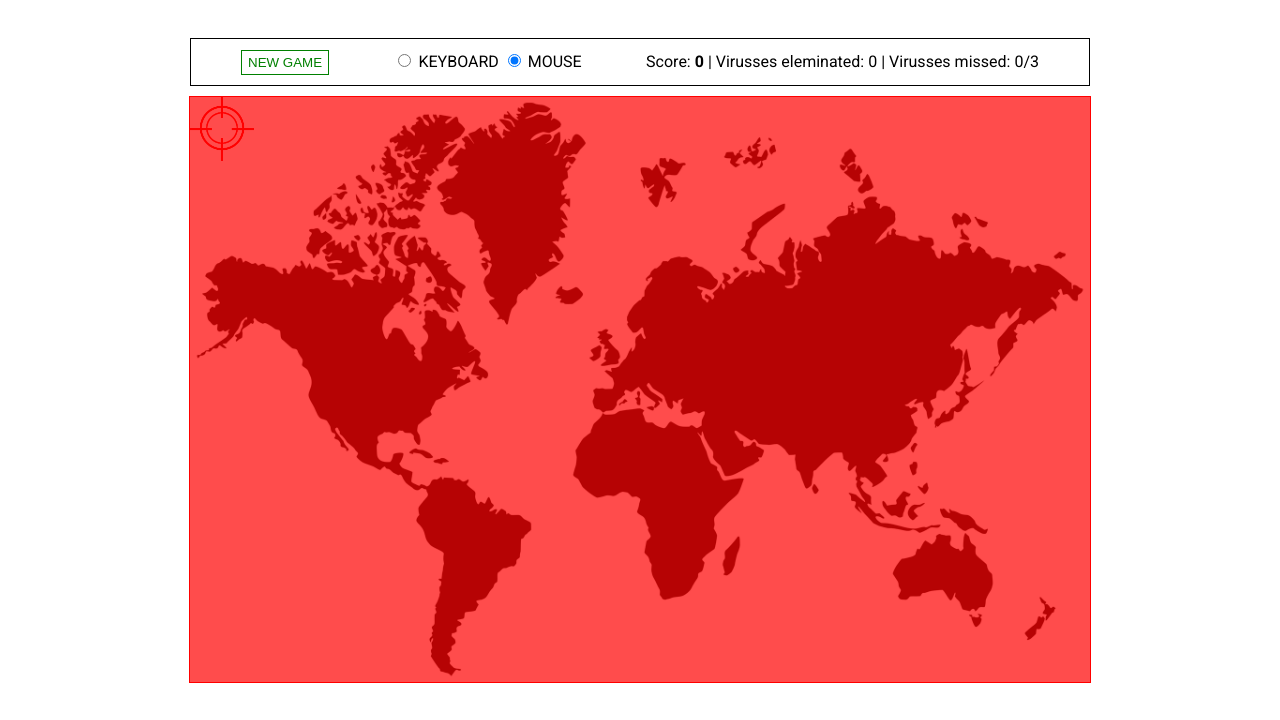
Repository: Baterka/DestroyTheVirus
Page: index.html
These files come from the project's save history. The page is drawn as it stood at one moment and after the next save; the edit follows.
The browser window is 1280 px wide. The pictures show the whole page.

Above is the page before, as saved 2020-03-19 21:43:19.

After the next save:
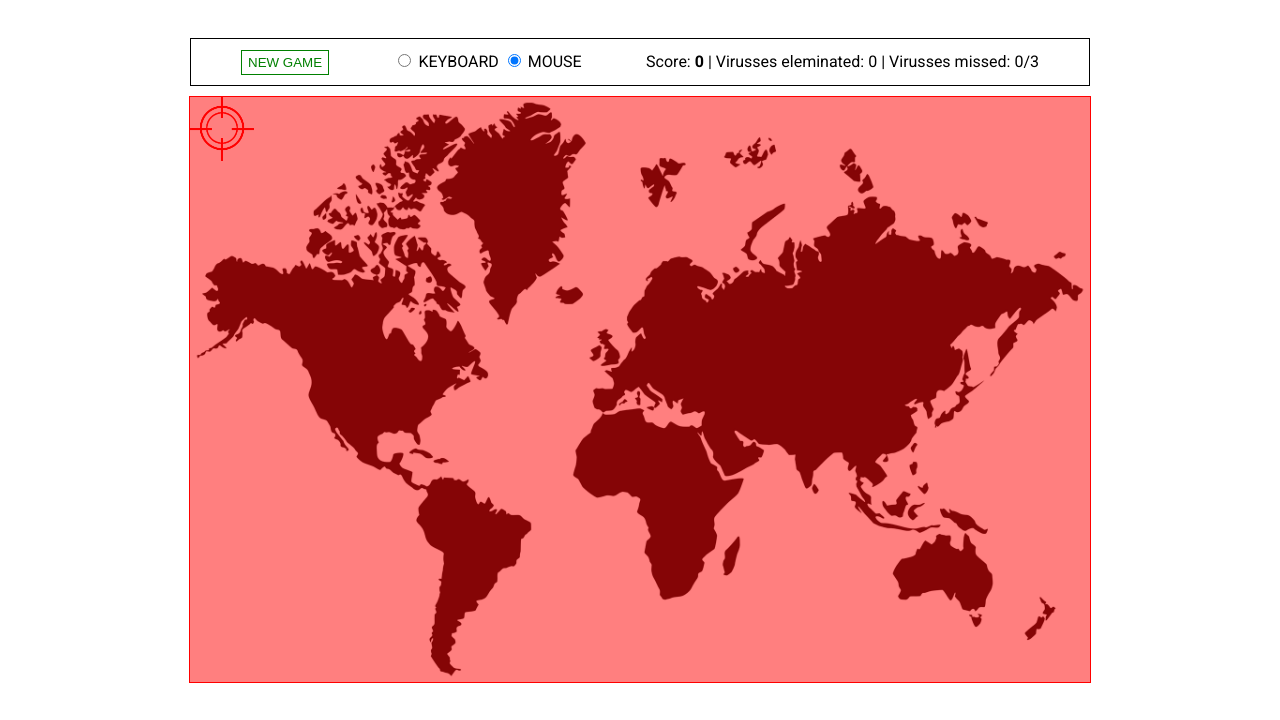
Saved 5 s later.
--- a/style.css
+++ b/style.css
@@ -102,7 +102,7 @@ button {
     z-index: 0;
     width: 100%;
     height: 100%;
-    background-color: rgba(255, 0, 0, 0.7);
+    background-color: rgba(255, 0, 0, 0.5);
 }
 
 #gameOver {
@@ -111,7 +111,7 @@ button {
     height: 100%;
     align-items: center;
     justify-content: center;
-    background-color: rgba(0, 0, 0, .8);
+    background-color: rgba(0, 0, 0, .9);
     color: red;
     font-weight: bold;
     font-size: 50px;
